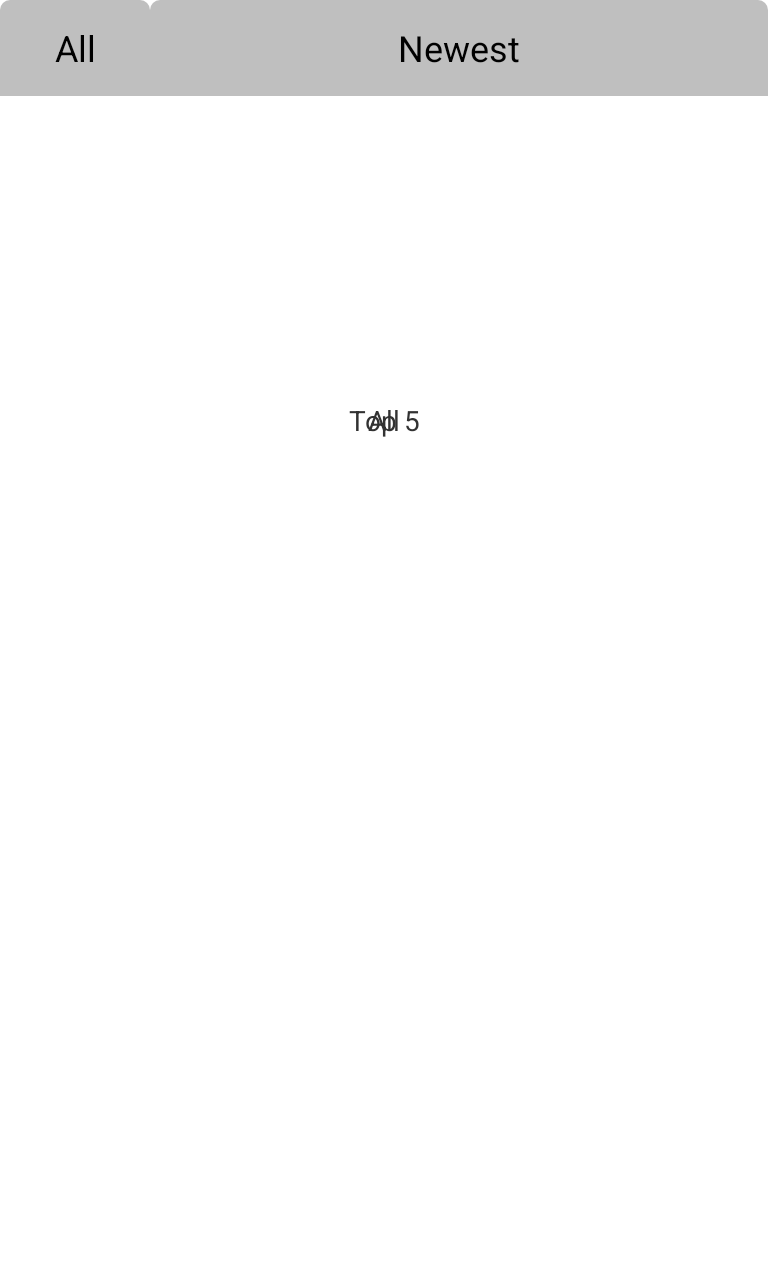
Repository: paceuniversity/gsd2014-team5
Layout: workspace/HealthyEating/res/layout/home_page.xml
An editor plug-in stored every save of this project. The layout is shown before and after the next save, followed by the edit.
It is drawn on a 768 x 1280 px phone screen (xhdpi) without system bars, with theme AppTheme; the app's code is not run. Lists and similar views that code fills are empty.

Above is the layout before, as saved 2014-04-14 21:15:24.

After the next save:
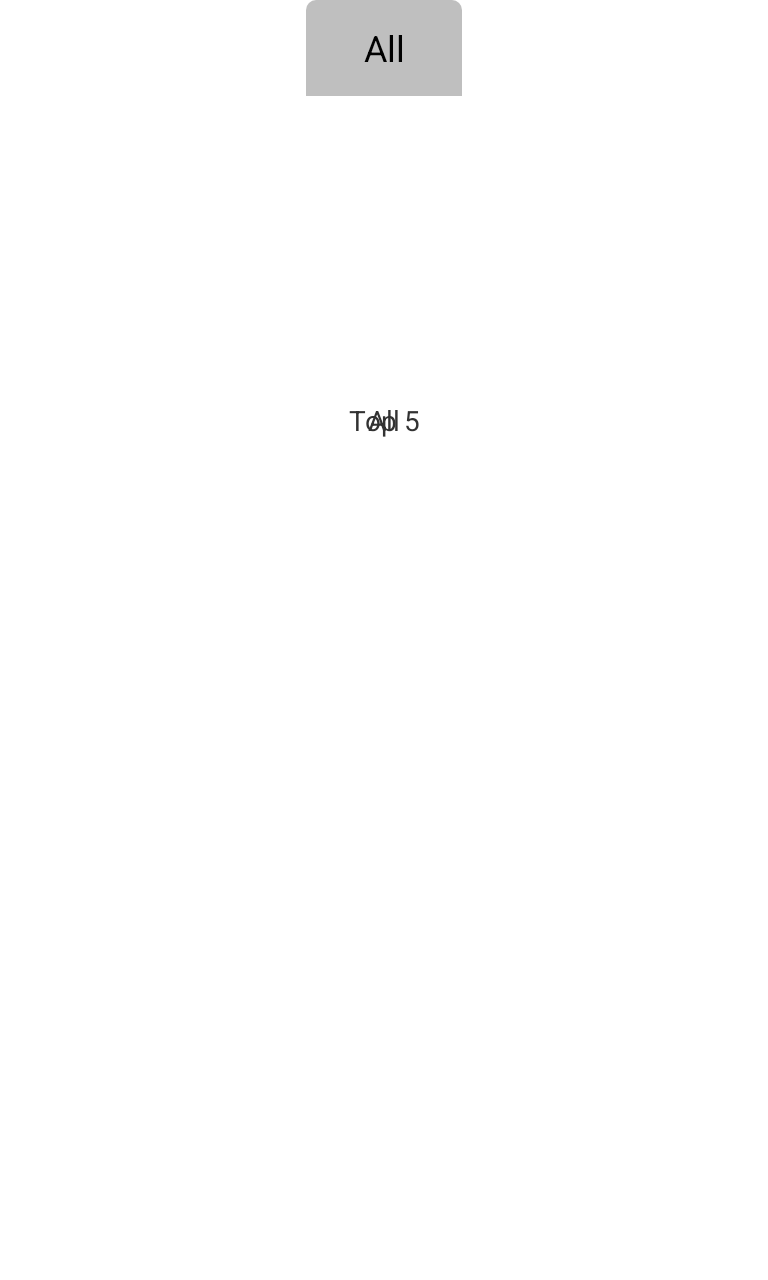
Saved 57 s later.
--- a/workspace/HealthyEating/res/layout/home_page.xml
+++ b/workspace/HealthyEating/res/layout/home_page.xml
@@ -67,28 +67,28 @@
 
                    <LinearLayout
                     android:id="@+id/recipeButtonHolder"
-                    android:layout_width="fill_parent"
+                    android:layout_width="78"
                     android:layout_height="200dp"
                     android:layout_gravity="center_horizontal"
                     android:orientation="horizontal" >
 
                     <Button
                     android:id="@+id/allRecipesB"
-                    android:layout_width="75dp"
+                    android:layout_width="78"
                     android:layout_height="wrap_content"
                     android:background="@drawable/textlview_rounded_corners"
                     android:text="All"/>
 
                     <Button
                     android:id="@+id/newestRecipesB"
-                    android:layout_width="fill_parent"
+                    android:layout_width="78"
                     android:layout_height="wrap_content"
                     android:background="@drawable/textlview_rounded_corners"
                     android:text="Newest"/>
 
                     <Button
                     android:id="@+id/topRatedRecipesB"
-                    android:layout_width="fill_parent"
+                    android:layout_width="78"
                     android:layout_height="wrap_content"
                     android:background="@drawable/textlview_rounded_corners"
                     android:text="Top"/>
